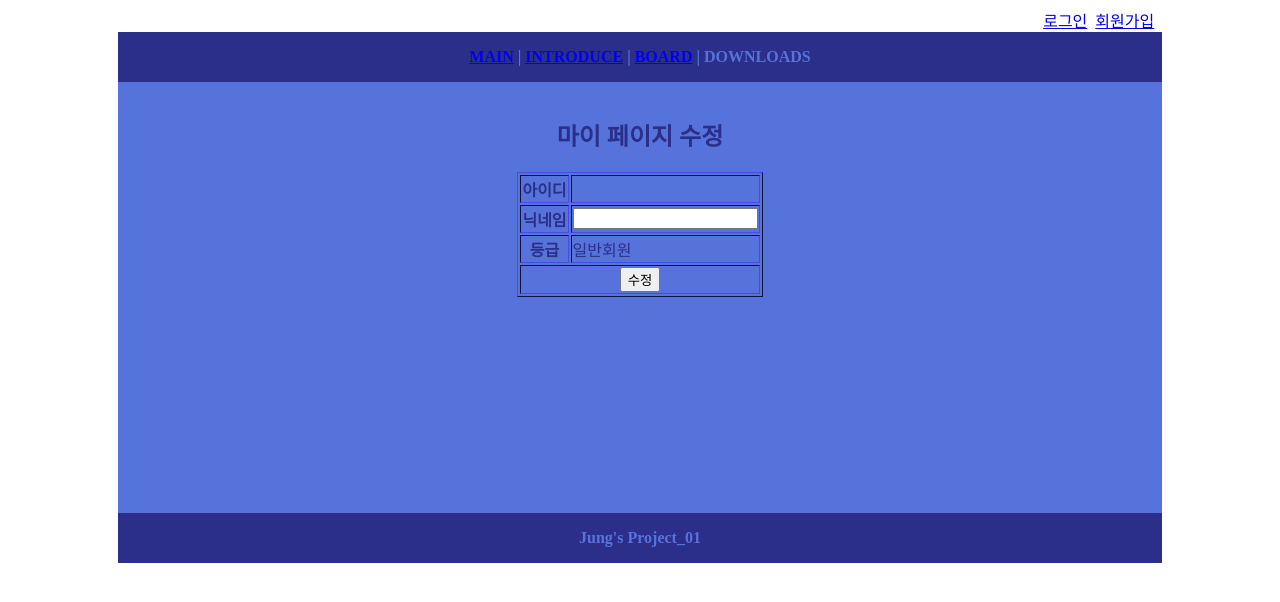
Repository: asas6306/Jungs_
Page: http://localhost/Board-Project1/WEB-INF/JSP/mypageUpdate.jsp
The author's editor kept a copy of each file at every save. The page is drawn from the files as they stood at one save, then again after the next save.
The browser window is 1280 px wide. The pictures show the whole page.
The page is served by Tomcat 9. Nobody is signed in. Other server files are loaded and not shown. The template is opened directly, without the code that normally fills it, so the values that code supplies are empty.

Above is the page before, as saved 2021-01-14 07:52:25.

### Board-Project1/WebContent/WEB-INF/JSP/mypageUpdate.jsp
<%@ page language="java" contentType="text/html; charset=UTF-8"
	pageEncoding="UTF-8"%>
<jsp:include page="/layout/header.jsp" />

<form action="/Board-Project1/member.do">
	<table border="1" class="table">
		<caption>
			<h2>마이 페이지 수정</h2>
		</caption>
		<input type="hidden" name="action" value="doMypageUpdate">
		<tr>
			<th>아이디</th>
			<td>${m.ID}</td>
		</tr>
		<tr>
			<th>닉네임</th>
			<td><input type="text" name="nickname" value="${m.nickname}">
			</td>
		</tr>
		<tr>
			<th>등급</th>
			<td>${m.mng ? "관리자" : "일반회원"}</td>
		</tr>
		<tr>
			<td colspan="2" align="center"><input type="button" value="수정"
				onclick="location.href='/Board-Project1/member.do?action=PWcheck'">
			</td>
		</tr>
	</table>
</form>
<jsp:include page="/layout/footer.jsp" />

### Board-Project1/WebContent/layout/header.jsp
<%@ page language="java" contentType="text/html; charset=UTF-8"
	pageEncoding="UTF-8"%>
<%@ taglib prefix="c" uri="http://java.sun.com/jsp/jstl/core" %>
<!DOCTYPE html>
<html>
<head>
<meta charset="UTF-8">
<title>Jung's Board Project_01</title>
<link rel="stylesheet" type="text/css" href="/Board-Project1/layout/layout.css">
</head>
<body>
	<div align="center">
		<div style="width: 82%" align="right">
			<c:choose>
				<c:when test="${m.state}">
				<a>${m.nickname}님 환영합니다!</a>&nbsp
					<a href="/Board-Project1/member.do?action=doLogout">로그아웃</a>&nbsp
					<a href="/Board-Project1/member.do?action=mypage">마이페이지</a>&nbsp
				</c:when>
				<c:when test="${!m.state}">
					<a href="/Board-Project1/member.do?action=login">로그인</a>&nbsp
					<a href="/Board-Project1/member.do?action=signup">회원가입</a>&nbsp
				</c:when>
			</c:choose>
		</div>
		<div class="header" align="center">
		<a href="/Board-Project1/main.do">MAIN</a>
		 |
		<a href="/Board-Project1/main.do?action=introduce">INTRODUCE</a>
		 |
		<a href="/Board-Project1/article.do?action=list">BOARD</a>
		 |
		DOWNLOADS
		</div>
	<div class="main" align="center">
		<!-- haeder -->

### Board-Project1/WebContent/layout/footer.jsp

<!-- footer -->
</div>
<div class="footer" align="center">Jung's Project_01</div>
</div>
</body>
</html>

### Board-Project1/WebContent/layout/layout.css
@charset "UTF-8";

.headertop {
	width: 80%;
}

.header, .footer {
	width: 80%;
	padding: 1em;
	background: #2C2F8A;
	color: #5673DB;
	font: sans-serif;
	font-weight: bold;
}

.main {
	width: 80%;
	padding: 1em;
	min-height: 400px;
	padding-top: 15px;
	background: #5673DB;
	color: #BADCF5;
}

.table {
	border: 2px thin;
	border-color: #2C2F8A;
	font: sans-serif;
	font-style: normal;
	color: #2C2F8A;
}

After the next save:
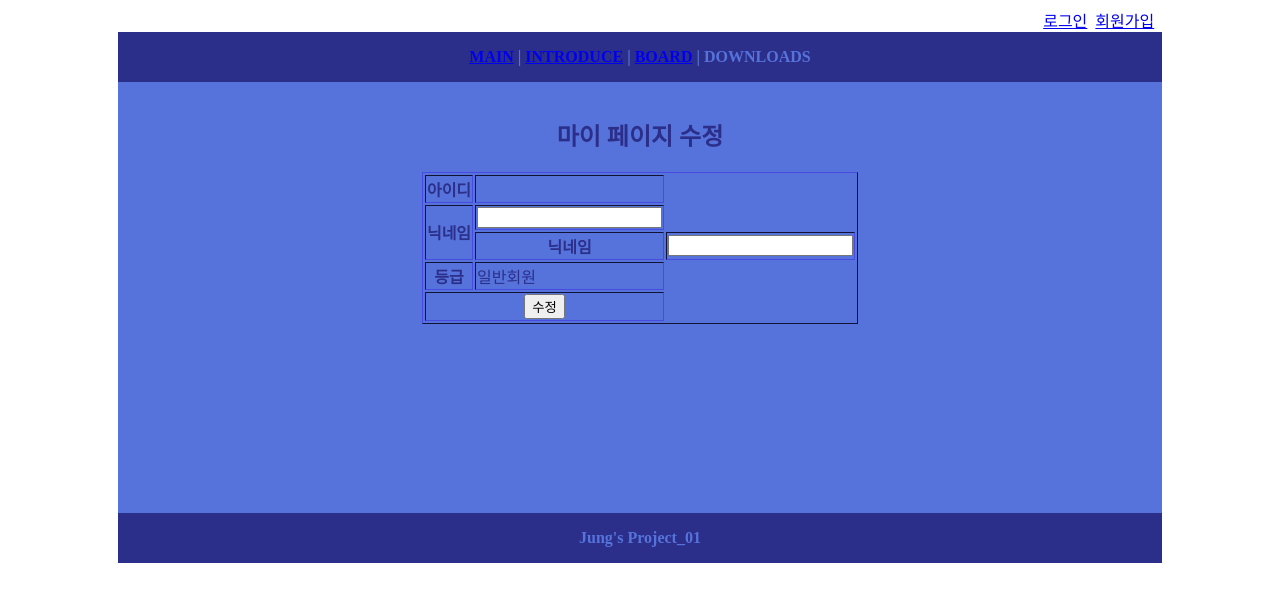
Saved 21 s later.
--- a/Board-Project1/WebContent/WEB-INF/JSP/mypageUpdate.jsp
+++ b/Board-Project1/WebContent/WEB-INF/JSP/mypageUpdate.jsp
@@ -11,6 +11,11 @@
 		<tr>
 			<th>아이디</th>
 			<td>${m.ID}</td>
+		</tr>
+		<tr>
+			<th rowspan="2">닉네임</th>
+			<td><input type="text" name="nickname" value="${m.nickname}">
+			</td>
 		</tr>
 		<tr>
 			<th>닉네임</th>
